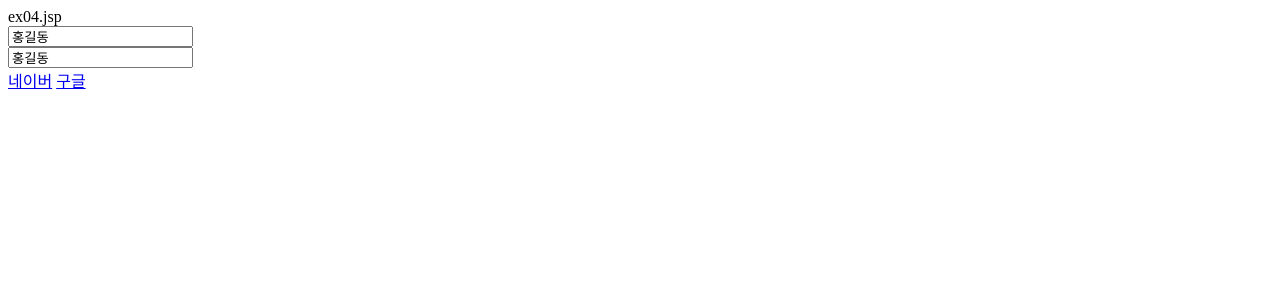
Repository: KimJaeHwan98/tomcat01
Page: http://localhost/1_tags/ex04.jsp
The author's editor kept a copy of each file at every save. The page is drawn from the files as they stood at one save, then again after the next save.
The browser window is 1280 px wide. The pictures show the whole page.
The page is served by Tomcat 9.

Above is the page before, as saved 2024-04-29 01:47:48.

After the next save:
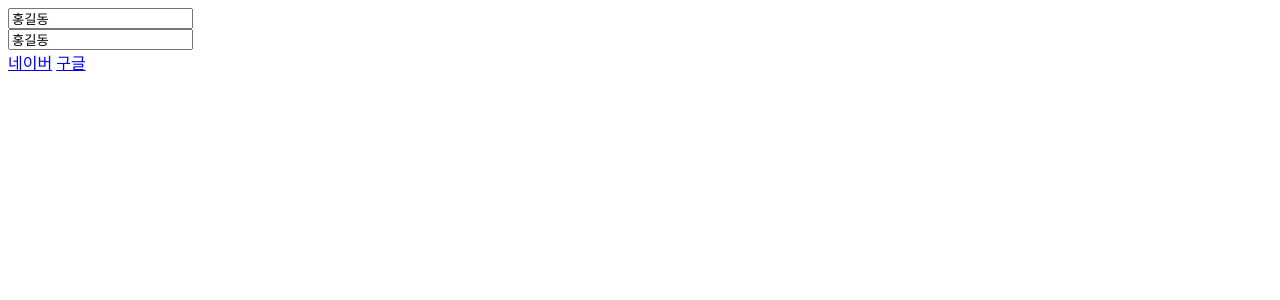
Saved 10 min 40 s later.
--- a/1_tags/src/main/webapp/ex04.jsp
+++ b/1_tags/src/main/webapp/ex04.jsp
@@ -8,7 +8,7 @@
 <title>Insert title here</title>
 </head>
 <body>
-	ex04.jsp<br>
+
 	<%
 	String name = "홍길동";
 	HashMap<String,String> map = new HashMap<>();
